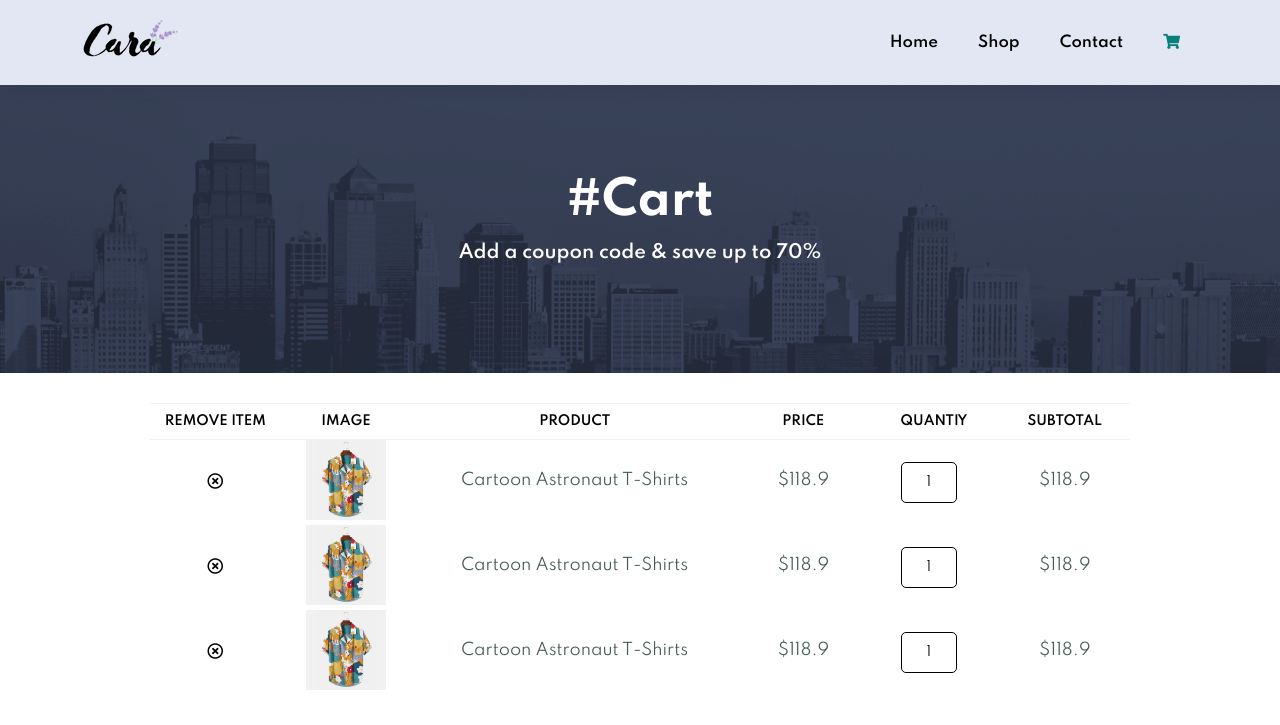
Repository: Daryllgio/E-Commerce-Website-UI
Page: cart.html
The author's editor kept a copy of each file at every save. The page is drawn from the files as they stood at one save, then again after the next save.
The browser window is 1280 px wide. The pictures show the whole page.
Some web libraries are served in a nearby version.

Above is the page before, as saved 2025-01-02 02:54:38.

After the next save:
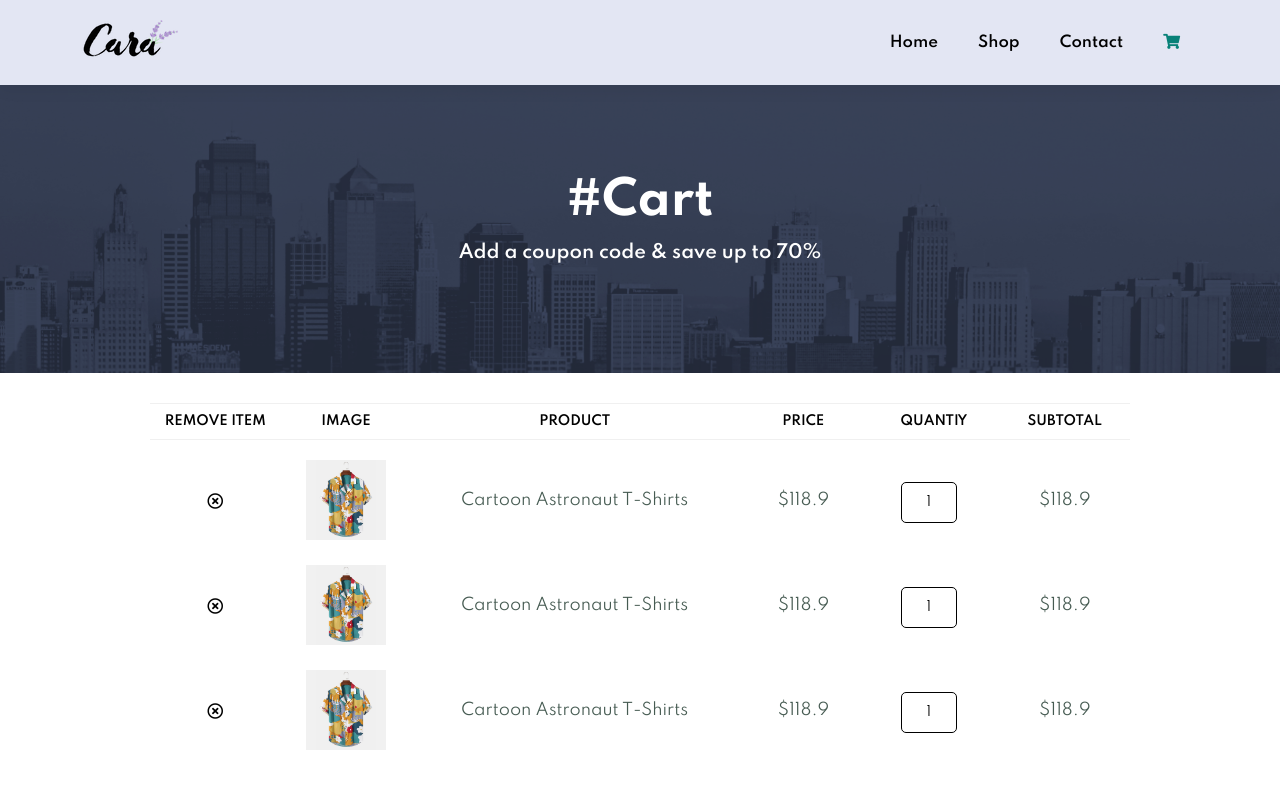
Saved 2 min 0 s later.
--- a/style.css
+++ b/style.css
@@ -882,3 +882,7 @@ body {
   padding-top: 10px;
   padding-bottom: 10px;
 }
+
+#Cart-Summary-Container table tbody tr td {
+  padding-top: 20px;
+}
